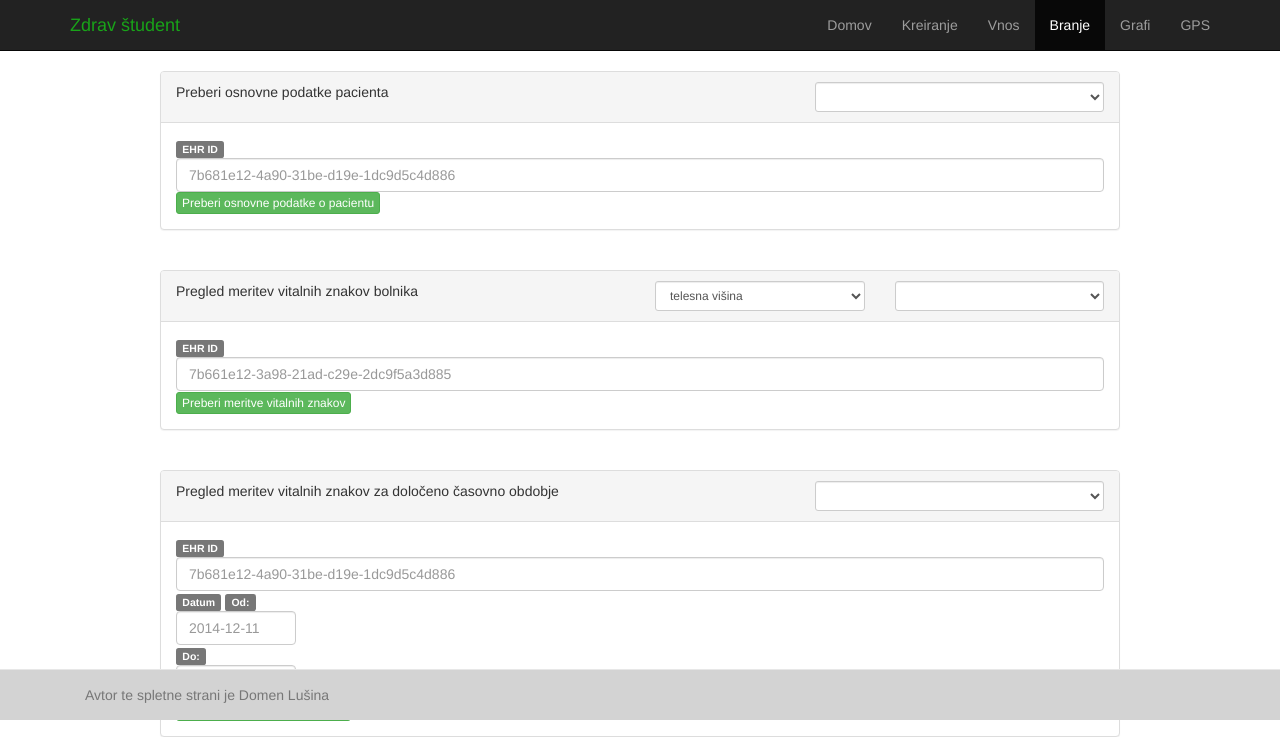
Repository: dl4184/ois-dn4
Page: branje.html
The author's editor kept a record of every edit. The page is drawn from the files as they stood at one moment, then again after the next edit.
The browser window is 1280 px wide. The pictures show the whole page.
Some web libraries are served in a nearby version.

Above is the page before.
Not found: css/styles.css

### branje.html
    <!DOCTYPE html>
    <html>
            <head>
                    <title>WebApp ois</title>
                    <meta charset="utf-8">
                    <meta name="viewport" content="width=device-width, initial-scale=1.0">
                    <script src = "http://ajax.googleapis.com/ajax/libs/jquery/2.1.0/jquery.min.js"></script>
                    <script src = "js/bootstrap.js"></script>
                    <link href = "css/bootstrap.min.css" rel = "stylesheet">
                    <link href = "css/styles.css" rel = "stylesheet">
                    <script src="demo.js"></script>
            </head>
            <body>

                    <div class = "navbar navbar-inverse navbar-static-top">
                            <div class = "container">

                                    <a href = "index.html" class = "navbar-brand" style="color:#19A319">Zdrav študent</a>

                                    <button class = "navbar-toggle" data-toggle = "collapse" data-target = ".navHeaderCollapse">
                                            <span class = "icon-bar"></span>
                                            <span class = "icon-bar"></span>
                                            <span class = "icon-bar"></span>
                                    </button>

                                    <div class = "collapse navbar-collapse navHeaderCollapse">

                                            <ul class = "nav navbar-nav navbar-right">

                                                    <li><a href = "index.html">Domov</a></li>
                                                    <li><a href = "kreiranje.html">Kreiranje</a></li>
                                                    <li><a href = "vnos.html">Vnos</a></li>
                                                    <li class = "active"><a href = "branje.html">Branje</a></li>
													<li><a href = "grafi.html">Grafi</a></li>
													<li><a href = "gps.html">GPS</a></li>

                                            </ul>

                                    </div>

                            </div>
                    </div>

                    	<div class="panel panel-default" style="width: 75%;margin: 0 auto">
                            <div class="panel-heading">
                                <div class="row">
                                    <div class="col-lg-8 col-md-8 col-sm-8">Preberi osnovne podatke pacienta</div>
                                    <div class="col-lg-4 col-md-4 col-sm-4"><select class="form-control input-sm" id="preberiObstojeciEHR"><option value=""></select></div>
                                </div>
                            </div>
                            <div class="panel-body">
                            <span class="label label-default">EHR ID</span><input id="preberiEHRid" type="text" class="form-control input-mini" placeholder="7b681e12-4a90-31be-d19e-1dc9d5c4d886">
                            <button type="button" class="btn btn-success btn-xs" onclick="preberiEHRBolnika()">Preberi osnovne podatke o pacientu</button><span id="preberiSporocilo"></span>
                            </div>
                        </div>

                        <br></br>

                        <div class="panel panel-default" style="width: 75%;margin: 0 auto">
					        <div class="panel-heading">
						        <div class="row">
							        <div class="col-lg-6 col-md-6 col-sm-6">Pregled meritev vitalnih znakov bolnika</div>
							        <div class="col-lg-3 col-md-3 col-sm-3"><select class="form-control input-sm" id="preberiTipZaVitalneZnake"><option value="telesna višina">telesna višina</option><option value="telesna teža">telesna teža</option><option value="telesna temperatura">telesna temperatura</option><option value="diastolični krvni tlak">diastolični krvni tlak</option><option value="sistolični krvni tlak">sistolični krvni tlak</option><option value="nasičenost krvi s kisikom">nasičenost krvi s kisikom</option><option value="utrip srca">utrip srca</option></select></div>
							        <div class="col-lg-3 col-md-3 col-sm-3"><select class="form-control input-sm" id="preberiEhrIdZaVitalneZnake"><option value=""></option><option value="b931580f-2b05-488b-985b-8d9ffb08ad02">Ata Smrk</option></select></div>
						        </div>
					        </div>
    					    <div class="panel-body">
    						    <span class="label label-default">EHR ID</span><input id="meritveVitalnihZnakovEHRid" type="text" class="form-control input-mini" placeholder="7b661e12-3a98-21ad-c29e-2dc9f5a3d885">
    						    <button type="button" class="btn btn-success btn-xs" onclick="preberiMeritveVitalnihZnakov('telesna temperatura')">Preberi meritve vitalnih znakov</button><span id="preberiMeritveVitalnihZnakovSporocilo"></span>
    						    <div id="rezultatMeritveVitalnihZnakov"></div>
    				  	    </div>
				        </div>

				        <br></br>

				       <div class="panel panel-default" style="width: 75%;margin: 0 auto">
                           <div class="panel-heading">
                               <div class="row">
                                    <div class="col-lg-8 col-md-8 col-sm-8">Pregled meritev vitalnih znakov za določeno časovno obdobje</div>
                                    <div class="col-lg-4 col-md-4 col-sm-4"><select class="form-control input-sm" id="preberiObstojeciEHRdan"><option value=""></select></div>
                                </div>
                            </div>
                            <div class="panel-body">
                            <span class="label label-default">EHR ID</span><input id="danEHRid" type="text" class="form-control input-mini" placeholder="7b681e12-4a90-31be-d19e-1dc9d5c4d886">
                            <span class="label label-default">Datum</span>
                            <span class="label label-default">Od:</span>
                            <input id="datumId" type="text" class="form-control input-mini" placeholder="2014-12-11" style="width: 120px">
                            <span class="label label-default">Do:</span>
                            <input id="datumId2" type="text" class="form-control input-mini" placeholder="2014-12-12" style="width: 120px">
                            <button type="button" class="btn btn-success btn-xs" onclick="preberiEHRBolnikaDan()">Preberi meritve vitalnih znakov</button><span id="preberiMeritveVitalnihZnakovSporociloDan"></span>
                            <div id="rezultatMeritveVitalnihZnakovDan"></div>
                            </div>
                        </div>



					 <div class = "navbar navbar-default navbar-fixed-bottom" style="background-color:lightgray">

                        <div class = "container">
                                <p class = "navbar-text pull-left">Avtor te spletne strani je Domen Lušina</p>
                        </div>

					</div>



            </body>
    </html>

Loaded but not shown: js/bootstrap.js (library); css/bootstrap.min.css (library); demo.js (460 lines, source omitted)

After the next edit:
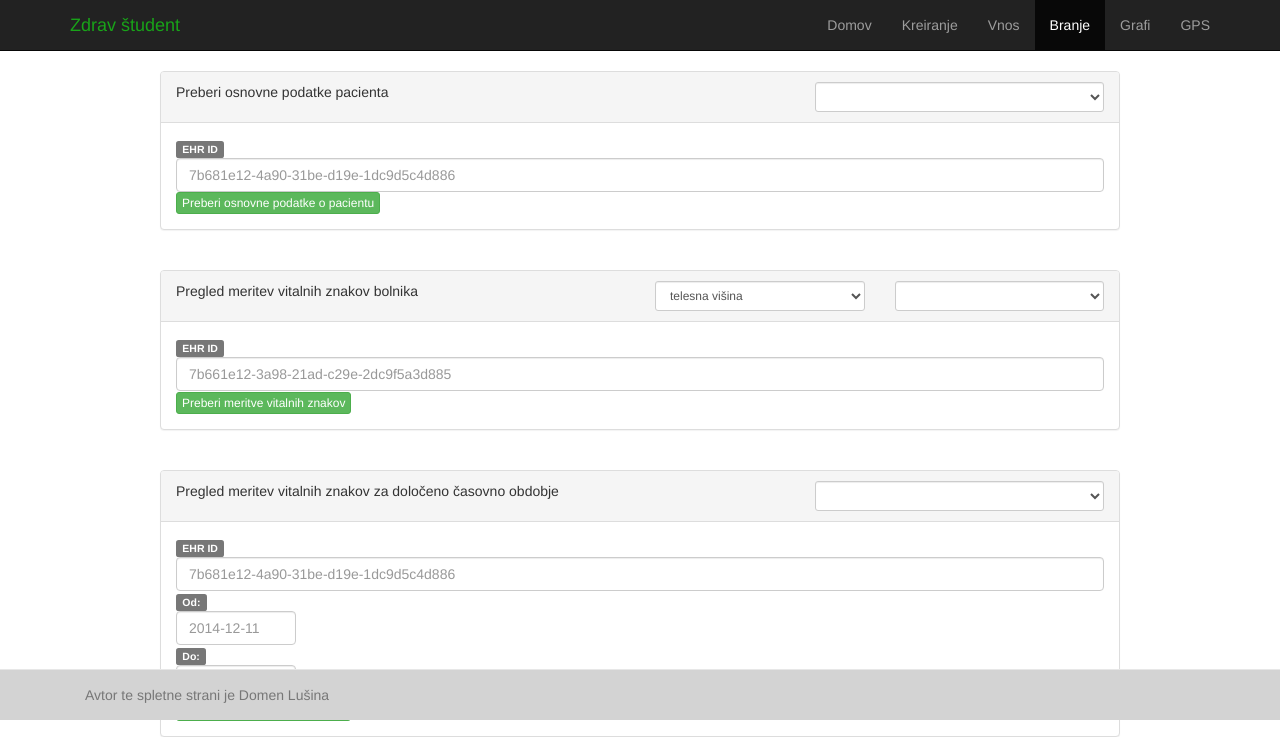
The edit:
--- a/branje.html
+++ b/branje.html
@@ -82,7 +82,7 @@
                             </div>
                             <div class="panel-body">
                             <span class="label label-default">EHR ID</span><input id="danEHRid" type="text" class="form-control input-mini" placeholder="7b681e12-4a90-31be-d19e-1dc9d5c4d886">
-                            <span class="label label-default">Datum</span>
+
                             <span class="label label-default">Od:</span>
                             <input id="datumId" type="text" class="form-control input-mini" placeholder="2014-12-11" style="width: 120px">
                             <span class="label label-default">Do:</span>
